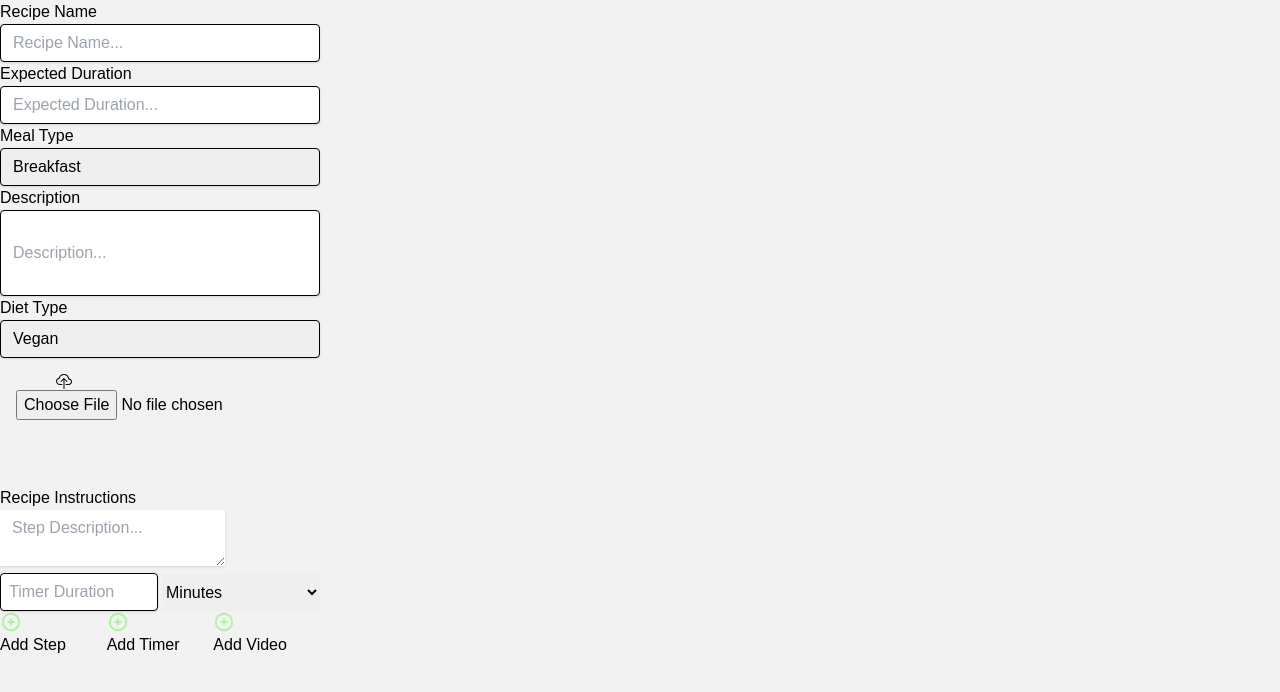
Repository: stvnsok/-capstone-project-3900-w18a-terraluna
Page: /new_recipe (app in frontend/)
An editor plug-in stored every save of this project. The page is shown before and after the next save, followed by the edit.
The browser window is 1280 px wide. The pictures show the whole page.
The project was rebuilt for these pictures with package versions that can differ from the ones it lists, and the page was loaded fresh each time. Also part of the build but not shown: frontend/src/services/auth.service.ts, frontend/src/api.ts, frontend/src/services/recipeContributor.service.ts, frontend/src/components/global/Modal.tsx, frontend/src/components/global/TextInput.tsx, frontend/src/components/Auth/helperFunctions.ts, frontend/src/components/Auth/ChangeEmailForm.tsx, frontend/src/components/Auth/ChangePasswordForm.tsx and 10 more.

Above is the page before, as saved 2022-07-19 22:26:48.

### frontend/src/App.tsx
import NavBar from './components/NavBar';
import './index.css';
import React from 'react';
import { ToastContainer } from 'react-toastify';
import 'react-toastify/dist/ReactToastify.min.css';
import { BrowserRouter, Route, Routes } from 'react-router-dom';
import MyRecipes from './components/MyRecipes/MyRecipes';
import CreateRecipeCard from './components/NewRecipe/CreateRecipeCard';

function App() {
  return (
    <BrowserRouter>
      <div className="bg-tl-inactive-white min-h-screen min-w-full">
        <div className='fixed w-full z-[1000]'>
          <ToastContainer
            position='top-center'
            autoClose={3000}
            hideProgressBar={true}
            newestOnTop={true}
            closeOnClick
            closeButton={<></>}
            rtl={false}
            pauseOnFocusLoss
            draggable
            pauseOnHover
          />
        </div>
        <Routes>
          <Route path="/" element={<NavBar/>} />
          <Route path="/my_recipes" element={<MyRecipes />} />
          <Route path ="/new_recipe" element={<CreateRecipeCard />} />
        </Routes>
      </div>
    </BrowserRouter>

  );
}

export default App;

### frontend/src/components/NewRecipe/CreateRecipeCard.tsx
import React, { useState, useEffect } from 'react';
import { BsCloudUpload } from 'react-icons/bs';
import { HiOutlinePlusCircle } from 'react-icons/hi';
import { useForm } from 'react-hook-form'
import Button from '../global/Button';

interface recipeForm {
    name?: string,
    cookTime?:number
    description?:string
    recipeInstructions?:string[];
    mealType?:string
    dietType?:string
    timerDuration?:number[];
    timerUnits?:string;
    requiredIngredients?:string[];
    recipePhoto_url?: string;
    recipeVideo_url?: string;
}

export default function CreateRecipe () {

    const { register, handleSubmit } = useForm<recipeForm>();
    const [image, setImage] = useState<File>();
    const [preview, setPreview] = useState<string>();

    // const inputFileRef = useRef<HTMLInputElement | null>(null);

    const onSubmit = async (data: recipeForm) => {
        console.log(data);
        //TODO: API REQUEST TO BACKEND
    }

    useEffect(() => {
        if (image) {
          const reader = new FileReader();
          reader.onloadend = () => {
            setPreview(reader.result as string);
          };
          reader.readAsDataURL(image);
        } else {
          setPreview('');
        }
      }, [image]);

    return <React.Fragment>
        <div className = 'w-full max-w-xs content-center'>

            <form>
                <div>
                    <label htmlFor='name'> Recipe Name</label>
                    <input
                        {...register('name', { required: true})}
                        placeholder = "Recipe Name..."
                        className = 'shadow appearance-none border rounded w-full py-2 px-3 text-gray-700 leading-tight focus:outline-none focus:shadow-lg border-opacity-0'
                    />
                </div>
                <div>
                    <label htmlFor = 'cookTime'> Expected Duration</label>
                    <input
                        {...register('cookTime', { required: true})}
                        placeholder = "Expected Duration..."
                        className = 'shadow appearance-none border rounded w-full py-2 px-3 text-gray-700 leading-tight focus:outline-none focus:shadow-lg border-opacity-0'
                    />
                </div>
                <div>
                    <label htmlFor = 'mealType'> Meal Type</label>
                    <select
                        {...register('mealType', { required: true})}
                        placeholder = 'Meal Type...'
                        className = 'shadow appearance-none border rounded w-full py-2 px-3 text-gray-700 leading-tight focus:outline-none focus:shadow-lg border-opacity-0'
                    >
                        <option value = 'breakfast'>Breakfast</option>
                        <option value = 'lunch'>Lunch</option>
                        <option value = 'dinner'>Dinner</option>
                        <option value = 'snack'>Snack</option>
                    </select>
                </div>
                <div>
                    <label htmlFor = 'description'> Description</label>
                    <input
                        {...register('description', { required: true})}
                        placeholder = 'Description...'
                        className = 'shadow appearance-none border rounded w-full py-8 px-3 text-gray-700 leading-tight focus:outline-none focus:shadow-lg border-opacity-0'

                    />

                </div>
                <div>
                    <label htmlFor = 'dietType'> Diet Type</label>
                    <select
                        {...register('dietType')}
                        className = 'shadow appearance-none border rounded w-full py-2 px-3 text-gray-700 leading-tight focus:outline-none focus:shadow-lg border-opacity-0'
                    >
                        <option value = 'vegan'>Vegan</option>
                        <option value = 'vegetarian'>Vegetarian</option>
                        <option value = 'gluten-free'>Gluten-Free</option>
                        <option value = 'dairy-free'>Dairy-Free</option>
                        <option value = 'nut-free'>Nut-Free</option>
                        <option value = 'Halal'>Halal</option>

                    </select>
                </div>

                <div className = ' box-border h-32 w-32 p-4 border-4mborder border-dashed border-tl-active-green '>
                    {preview ? <img src = {preview} alt = 'recipe'/>
                    : (
                    <div className = 'flex justify-center items-center'>
                        <BsCloudUpload
                            className = 'icon-large'
                        />
                    </div>
                    )}
                    <input
                        type = 'file'
                        accept = "image/*"
                        {...register('recipePhoto_url')}
                        onChange = {(e) => {
                            e.preventDefault();
                            setImage(e.target.files?.[0]);
                        }}
                    />
                    {/* <Button
                            onClick = {() => {
                                inputFileRef.current.click();
                            }}
                        text={('Upload Photo')}
                    /> */}
                </div>

                <div>
                    <label htmlFor = 'Instruction'> Recipe Instructions</label>
                    <textarea
                        {...register('recipeInstructions')}
                        placeholder = 'Step Description...'
                        className='shadow appearance-none py-2 px-3 text-gray-900 leading-tight focus:outline-none focus:shadow-lg border-opacity-0'

                    />
                    <div className = 'grid grid-cols-2 gap-1'>
                        <input
                            {...register('timerDuration')}
                            placeholder = 'Timer Duration'
                            className='shadow appearance-none border rounded w-full py-2 px-2 text-gray-700 leading-tight focus:outline-none focus:shadow-lg border-opacity-0'
                        />
                        <select
                            placeholder='Timer Units'
                            {...register('timerUnits')}
                        >
                            <option value = 'minutes'>Minutes</option>
                            <option value = 'hours'>Hours</option>
                        </select>
                    </div>
                    <div className = 'grid grid-cols-3' >
                        <div className='flex-row'>
                            <HiOutlinePlusCircle
                                onClick = {() => {
                                    console.log('Todo:add step');
                                }}
                                color = '#A8F59B'
                                className = 'icon-large'
                                size={22}
                            />
                            Add Step
                        </div>
                        <div className='flex-row'>
                            <HiOutlinePlusCircle
                                onClick = {() => {
                                    console.log('Todo:add timer');
                                }}
                                color = '#A8F59B'
                                className = 'icon-large'
                                size={22}
                            />
                            Add Timer
                        </div>
                        <div className='flex-row'>
                            <HiOutlinePlusCircle
                                onClick = {() => {
                                    console.log('Todo:add Video');
                                }}
                                color = '#A8F59B'
                                className = 'icon-large'
                                size={22}
                            />
                            Add Video
                        </div>
                    </div>

                </div>

                <div>
                    <Button
                        onClick = {handleSubmit(onSubmit)}
                    />

                </div>


            </form>
        </div>
    </React.Fragment>
}

### frontend/src/components/global/Button.tsx
import React from "react";

interface ButtonProps {
    className?: string;
    onClick: () => void;
    text?: string | JSX.Element;
}

const Button =  ({
    className,
    onClick,
    text
}: ButtonProps) => {
    return (<button
        className={className + ' hover:opacity-75'}
        onClick={onClick}
    >
        {text ?? ''}
    </button>)
}

export default Button

### frontend/tailwind.config.js
/** @type {import('tailwindcss').Config} */
module.exports = {
  content: ["./src/**/*.{js,jsx,ts,tsx}",],
  theme: {
    colors: {
      tl: {
        'inactive-white': '#f2f2f2',
        'active-white': '#ffffff',
        'inactive-blue': '#4FFFC0',
        'active-blue': '#2461FF',
        'inactive-green': '#A8F59B',
        'active-green': '#4BB03A',
        'inactive-red': '#FF7E7E',
        'active-red': '#FF3030',
        'inactive-black': '#282828',
        'active-black': '#000000',
        'inactive-grey': '#8e8e8e',
        'active-grey': '#4d4d4d',
      }
    },
    fontFamily: {
      sans: ['Graphik', 'sans-serif'],
      serif: ['Merriweather', 'serif'],
    },
    extend: {
      spacing: {
        '8xl': '96rem',
        '9xl': '128rem',
      },
      borderRadius: {
        '4xl': '2rem',
      }
    }
  },
  plugins: [],
}

Loaded but not shown: frontend/public/index.html (common file); frontend/src/index.js (common file); frontend/src/index.css (common file); frontend/src/reportWebVitals.js (common file)

After the next save:
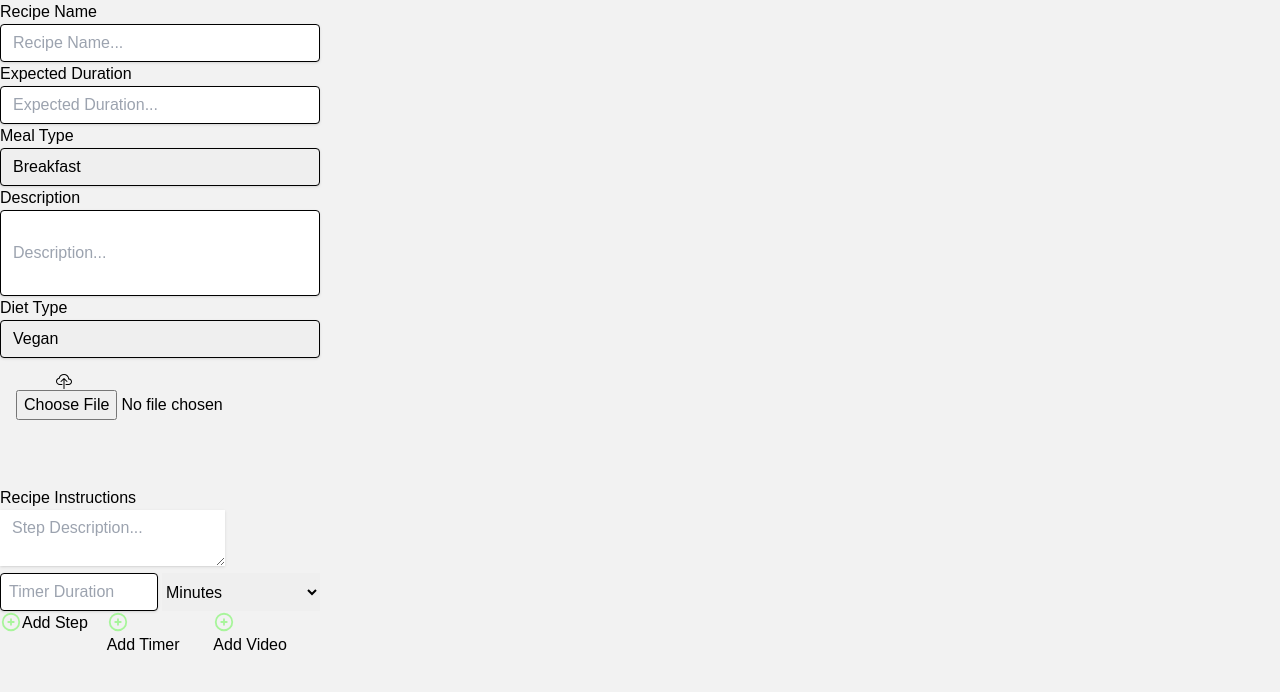
Saved 18 s later.
--- a/frontend/src/components/NewRecipe/CreateRecipeCard.tsx
+++ b/frontend/src/components/NewRecipe/CreateRecipeCard.tsx
@@ -151,7 +151,7 @@ export default function CreateRecipe () {
                         </select>
                     </div>
                     <div className = 'grid grid-cols-3' >
-                        <div className='flex-row'>
+                        <div className='flex flex-row'>
                             <HiOutlinePlusCircle
                                 onClick = {() => {
                                     console.log('Todo:add step');
